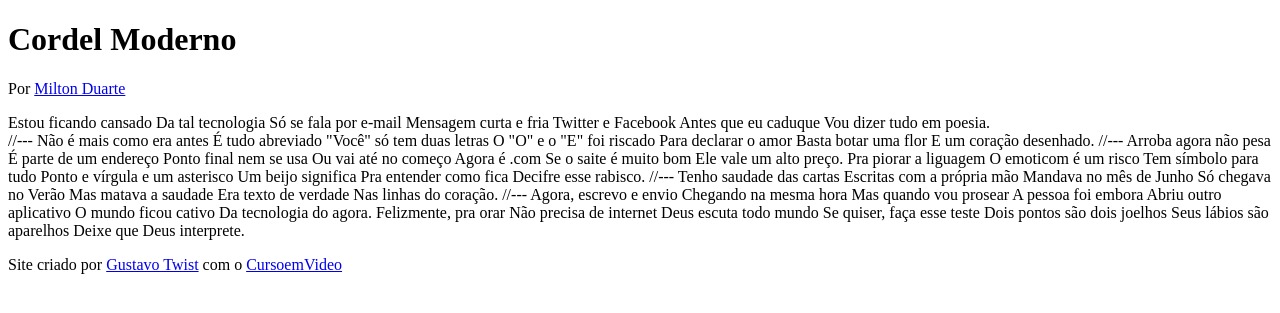
Repository: gustavotwist/projeto-cordel
Page: index.html
The author's editor kept a copy of each file at every save. The page is drawn from the files as they stood at one save, then again after the next save.
The browser window is 1280 px wide. The pictures show the whole page.

Above is the page before, as saved 2024-04-15 21:31:15.

After the next save:
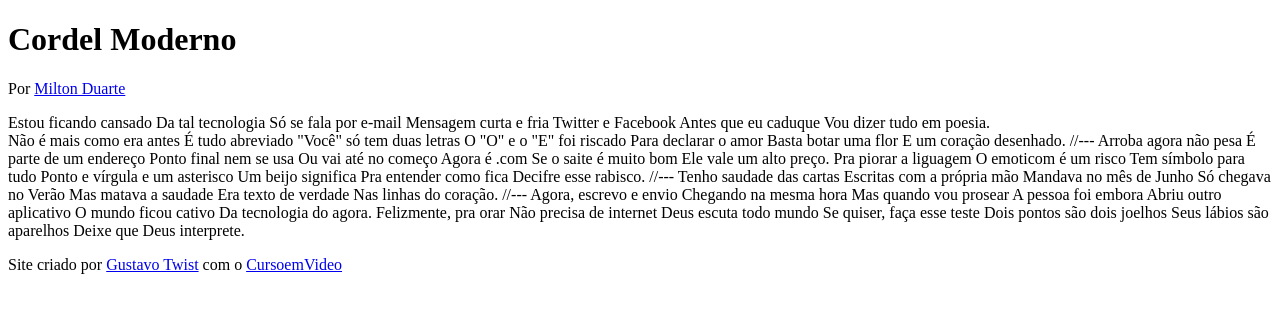
Saved 22 s later.
--- a/index.html
+++ b/index.html
@@ -24,8 +24,6 @@
         Antes que eu caduque
         Vou dizer tudo em poesia.
     </section>
-
-    //---
 
     Não é mais como era antes
     É tudo abreviado
